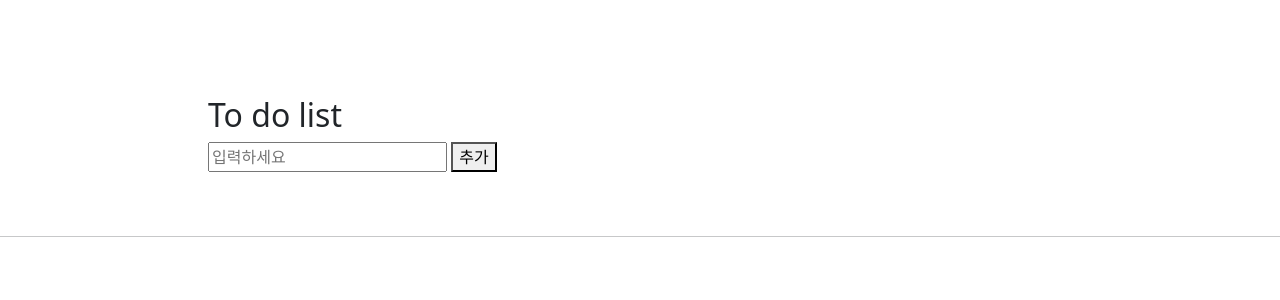
Repository: Hwater00/JSP-practice
Page: javaWorkspace/jwbook/src/main/webapp/ch03/todoapp.html
An editor plug-in stored every save of this project. The page is shown before and after the next save, followed by the edit.
The browser window is 1280 px wide. The pictures show the whole page.

Above is the page before, as saved 2023-07-27 00:39:19.

### javaWorkspace/jwbook/src/main/webapp/ch03/todoapp.html
<!DOCTYPE html>
<html>
<head>
<meta charset="UTF-8">
<link href="https://cdn.jsdelivr.net/npm/bootstrap@5.0.2/dist/css/bootstrap.min.css" rel="stylesheet" integrity="sha384-EVSTQN3/azprG1Anm3QDgpJLIm9Nao0Yz1ztcQTwFspd3yD65VohhpuuCOmLASjC" crossorigin="anonymous">
<title>Insert title here</title>
</head>
<body>
	<div class="container bg-waring show mx-auto mt-5 p-5 w-75">
		<h2>To do list</h2>
		<input id="item" type="text" placeholder="입력하세요">
		<button type="button" onclick="addTime()">추가</button>
	</div>
	<hr>
	<ul id="todolist"></ul>
</body>
</html>

After the next save:
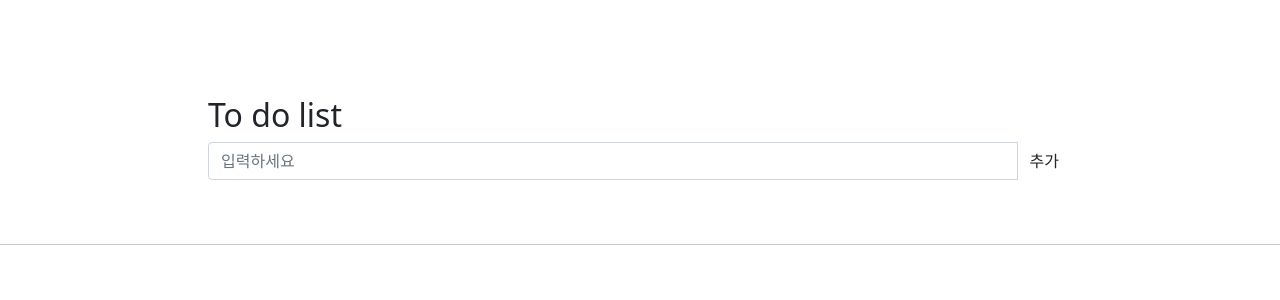
Saved 2 min 4 s later.
--- a/javaWorkspace/jwbook/src/main/webapp/ch03/todoapp.html
+++ b/javaWorkspace/jwbook/src/main/webapp/ch03/todoapp.html
@@ -8,10 +8,13 @@
 <body>
 	<div class="container bg-waring show mx-auto mt-5 p-5 w-75">
 		<h2>To do list</h2>
-		<input id="item" type="text" placeholder="입력하세요">
-		<button type="button" onclick="addTime()">추가</button>
+		<div class="input-group">
+			<input id="item" class="form-control" type="text" placeholder="입력하세요">
+			<button type="button" class="btn btn-control" onclick="addTime()">추가</button>
+		</div>
+
 	</div>
 	<hr>
-	<ul id="todolist"></ul>
+	<ul id="todolist" class="liat-group"></ul>
 </body>
 </html>
